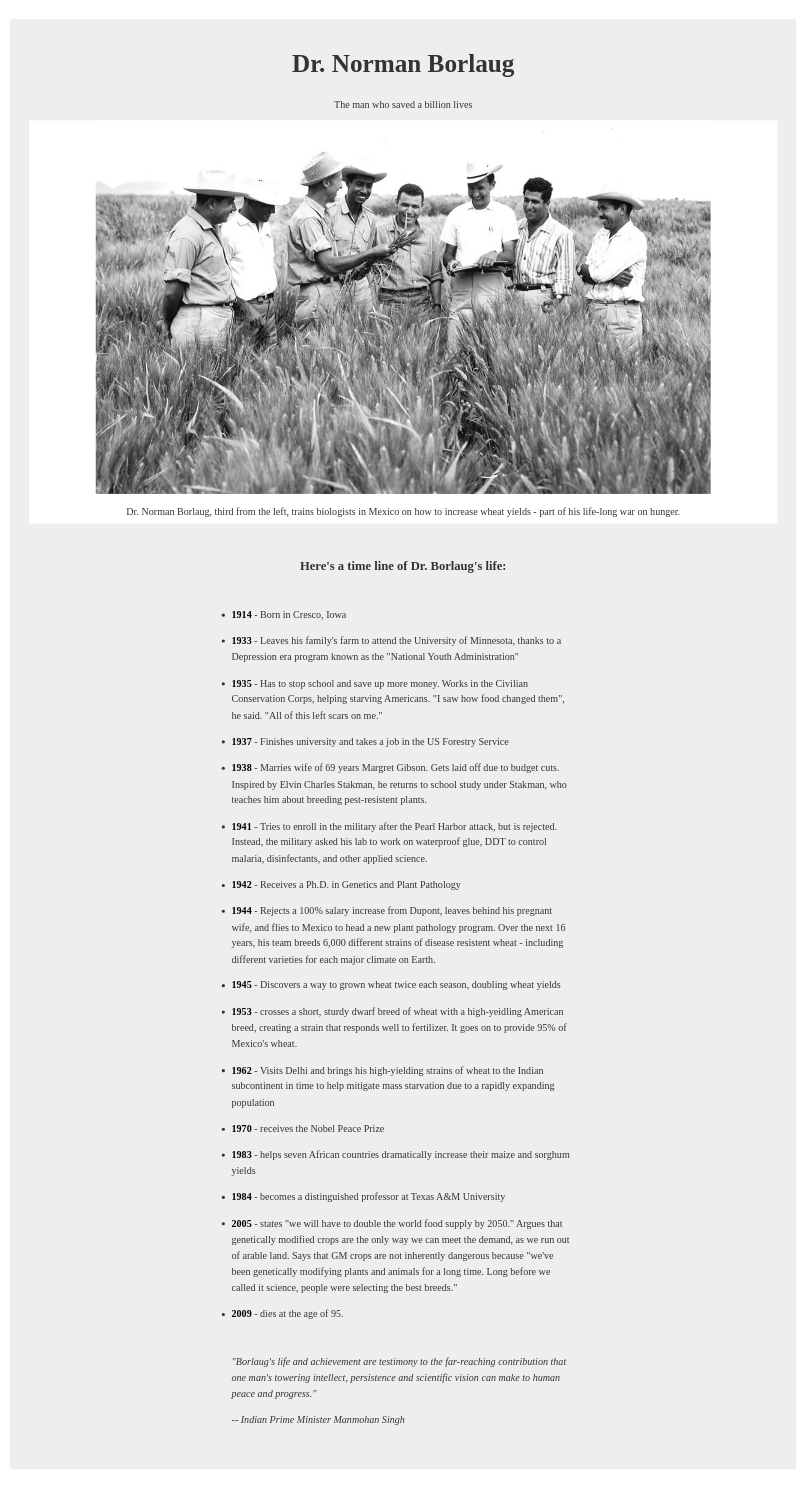
Repository: HTDuy01/github-demo
Page: freecodecamp/index.html
These files come from the project's save history. The page is drawn as it stood at one moment and after the next save; the edit follows.
The browser window is 1280 px wide. The pictures show the whole page, at 63% of full size.

Above is the page before, as saved 2021-11-18 21:39:22.

After the next save:
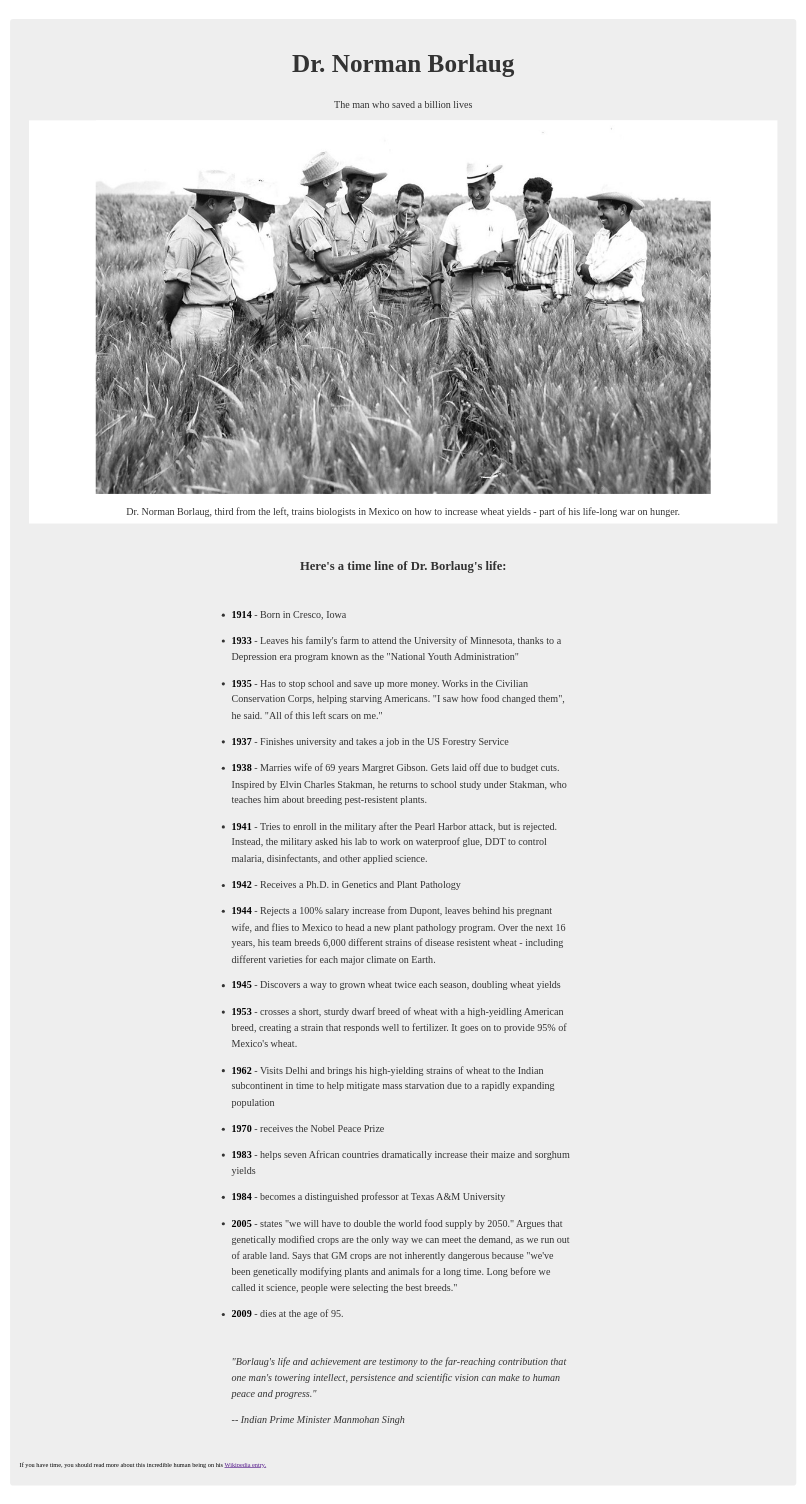
Saved 67 s later.
--- a/freecodecamp/index.html
+++ b/freecodecamp/index.html
@@ -96,7 +96,10 @@
         </div>
 
         <footer class="footer">
-
+            <p class="footer-heading">
+                If you have time, you should read more about this incredible human being on his
+                <a href="" class="footer-heading__link">Wikipedia entry.</a>
+            </p>
         </footer>
     </div>
 </body>
